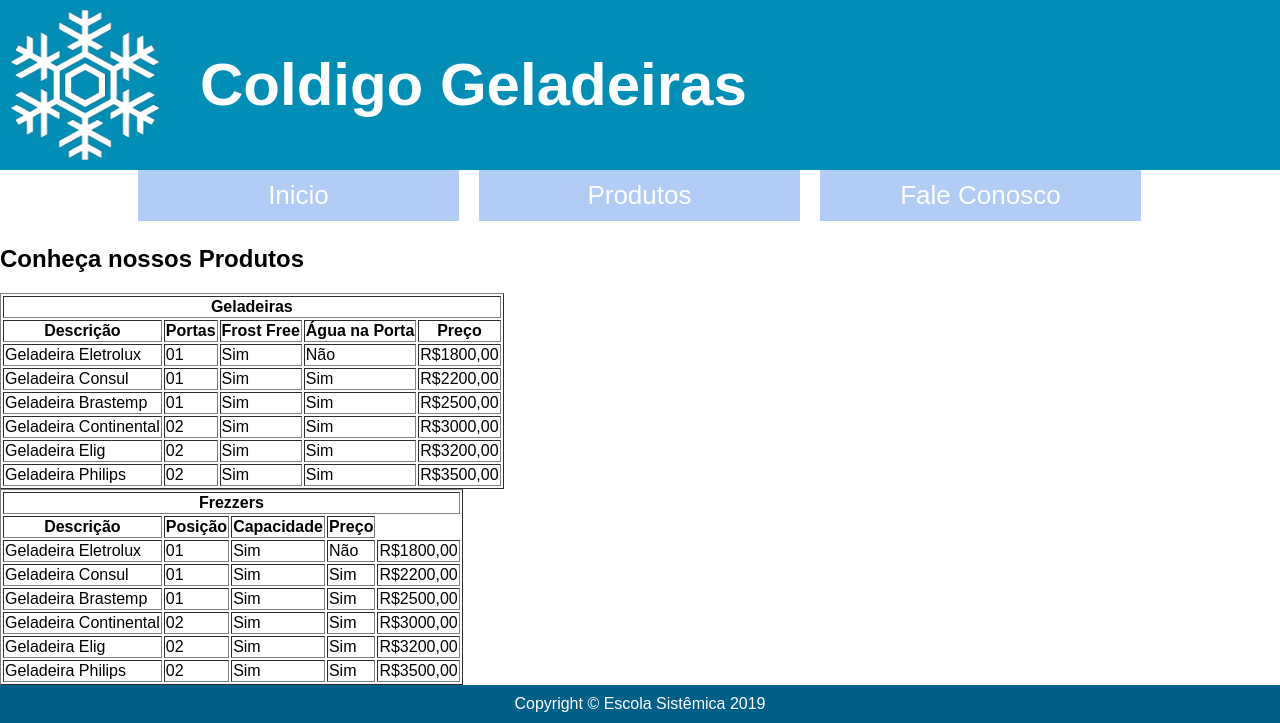
Repository: VandersonCani/Front-End
Page: ProjetoTrilhaWeb/src/main/webapp/WEB-INF/pages/site/produtos.html
The author's editor kept a copy of each file at every save. The page is drawn from the files as they stood at one save, then again after the next save.
The browser window is 1280 px wide. The pictures show the whole page.

Above is the page before, as saved 2024-05-08 00:33:20.

### ProjetoTrilhaWeb/src/main/webapp/WEB-INF/pages/site/produtos.html
<!DOCTYPE html>
<html lang="pt-br">
<head>

<meta charset="UTF-8">
<meta name= "description" content= "Site da Coldigo Geladeiras">
<meta name= "keywords" content= "Geladeiras, Frost-free, Refrigeração">
<meta name= "author" content= "Escola Sistêmica">
<meta name= "viewport" content= "width=device-width, initial-scale=1.0">
<title>Coldigo Geladeiras</title>
<link rel="stylesheet" type="text/css" href="../../css/site.css">
</head>
<body>
	<header>
	<img src="../../imgs/logo.png" alt="Logo da Coldigo Geladeiras">
	<h1>Coldigo Geladeiras</h1>
	</header>
	<nav>
	<a href="../../index.html"><div class= "opcao">Inicio</div></a>
	<a href="../../pages/site/produtos.html"><div class= "opcao">Produtos</div></a>
	<a href="../../pages/site/faleconosco.html"><div class= "opcao">Fale Conosco</div></a>
	</nav>
	<section>
		<h2>Conheça nossos Produtos</h2>
		<table border= 1>
			<thead>
				<tr>
					<th colspan="5"> Geladeiras</th>
				</tr>
				<tr>
					<th>Descrição</th>
					<th>Portas</th>
					<th>Frost Free</th>
					<th>Água na Porta</th>
					<th>Preço</th>
				</tr>
			</thead>
			<tbody>
				<tr>
					<td>Geladeira Eletrolux</td>
					<td>01</td>
					<td>Sim</td>
					<td>Não</td>
					<td>R$1800,00</td>
				</tr>
				<tr>
					<td>Geladeira Consul</td>
					<td>01</td>
					<td>Sim</td>
					<td>Sim</td>
					<td>R$2200,00</td>
				</tr>
				<tr>
					<td>Geladeira Brastemp</td>
					<td>01</td>
					<td>Sim</td>
					<td>Sim</td>
					<td>R$2500,00</td>
				</tr>
				<tr>
					<td>Geladeira Continental</td>
					<td>02</td>
					<td>Sim</td>
					<td>Sim</td>
					<td>R$3000,00</td>
				</tr>
				<tr>
					<td>Geladeira Elig</td>
					<td>02</td>
					<td>Sim</td>
					<td>Sim</td>
					<td>R$3200,00</td>
				</tr>
				<tr>
					<td>Geladeira Philips</td>
					<td>02</td>
					<td>Sim</td>
					<td>Sim</td>
					<td>R$3500,00</td>
				</tr>
			</tbody>
		</table>
		<table border= 1>
			<thead>
				<tr>
					<th colspan="5"> Frezzers</th>
				</tr>
				<tr>
					<th>Descrição</th>
					<th>Posição</th>
					<th>Capacidade</th>
					<th>Preço</th>
				</tr>
			</thead>
			<tbody>
				<tr>
					<td>Geladeira Eletrolux</td>
					<td>01</td>
					<td>Sim</td>
					<td>Não</td>
					<td>R$1800,00</td>
				</tr>
				<tr>
					<td>Geladeira Consul</td>
					<td>01</td>
					<td>Sim</td>
					<td>Sim</td>
					<td>R$2200,00</td>
				</tr>
				<tr>
					<td>Geladeira Brastemp</td>
					<td>01</td>
					<td>Sim</td>
					<td>Sim</td>
					<td>R$2500,00</td>
				</tr>
				<tr>
					<td>Geladeira Continental</td>
					<td>02</td>
					<td>Sim</td>
					<td>Sim</td>
					<td>R$3000,00</td>
				</tr>
				<tr>
					<td>Geladeira Elig</td>
					<td>02</td>
					<td>Sim</td>
					<td>Sim</td>
					<td>R$3200,00</td>
				</tr>
				<tr>
					<td>Geladeira Philips</td>
					<td>02</td>
					<td>Sim</td>
					<td>Sim</td>
					<td>R$3500,00</td>
				</tr>
			</tbody>
		</table>
	</section>
	<footer>Copyright &copy; Escola Sistêmica 2019</footer>
</body>
</html>

### ProjetoTrilhaWeb/src/main/webapp/WEB-INF/css/site.css
@charset "UTF-8";
/*configuração geral do corpo da página*/

body{
	margin: 0 auto;
	font-family:"Century Gothic", sans-serif;
}

/****************************** Configurações Gerais ***************************************/
/*cabeçalho*/
header{
	height: 170px;
	background-color: #008eb6;
}
header img{
	float: left;
	height: 150px;
	width: 150px;
	margin: 10px;
}
header h1{
	float: left;
	margin: 50px 0 0 30px;
	font-size: 60px;
	color: #ffffff;
}
/* Menu */
nav{
	clear: both;
	width: 80%;
	margin: 0px auto;
	height: 55px;
}
nav a{
	color: white;
	text-decoration: none;
	text-align: center;
}
nav .opcao{
	float: left;
	width: 31.3%;
	background-color: #b1ccf5;
	padding:10px 0;
	margin: 0 1%;
	font-size: 26px;
}
nav .opcao:hover{
	background-color:#83afd3;
}

/*Área geral para conteúdos específicos de cada página*/
section{
	clear:both;
	min-height:360px;
	width: 100%;
	margin-top: 0px;
}
footer{
	background-color:#005f89;
	color:#fff;
	text-align:center;
	padding:10px;
}

After the next save:
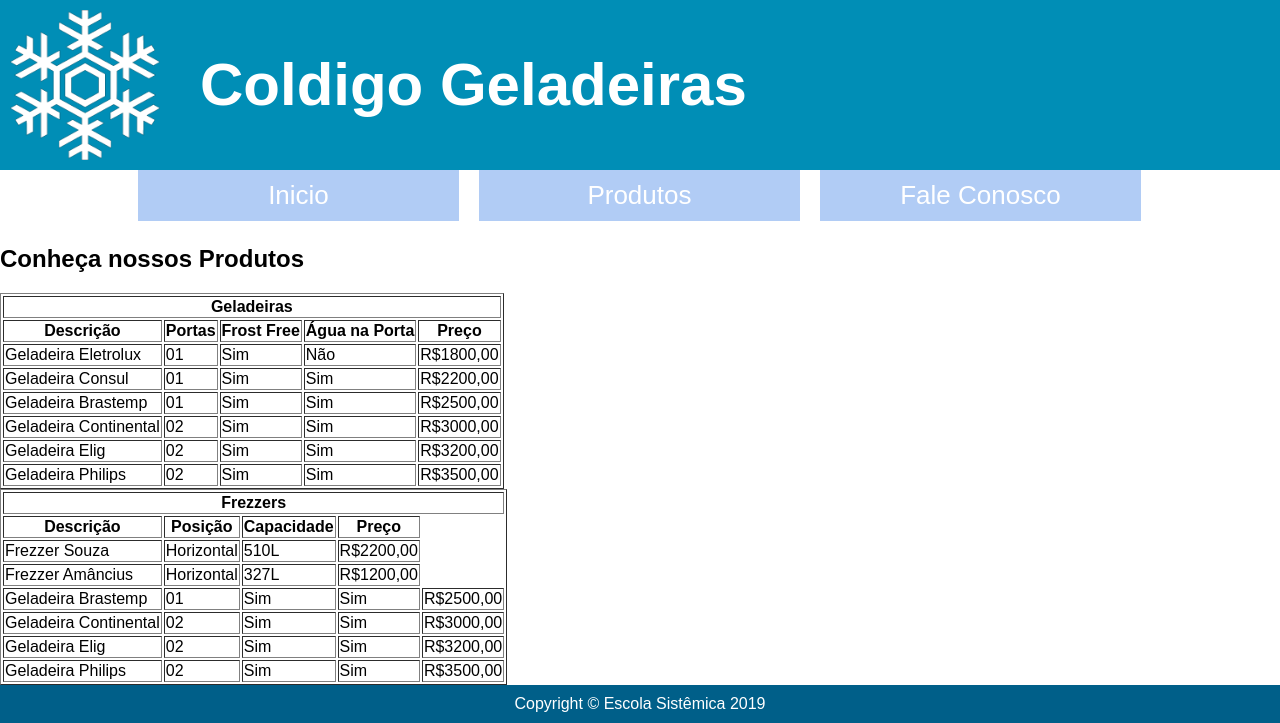
Saved 78 s later.
--- a/ProjetoTrilhaWeb/src/main/webapp/WEB-INF/pages/site/produtos.html
+++ b/ProjetoTrilhaWeb/src/main/webapp/WEB-INF/pages/site/produtos.html
@@ -94,18 +94,16 @@
 			</thead>
 			<tbody>
 				<tr>
-					<td>Geladeira Eletrolux</td>
-					<td>01</td>
-					<td>Sim</td>
-					<td>Não</td>
-					<td>R$1800,00</td>
+					<td>Frezzer Souza</td>
+					<td>Horizontal</td>
+					<td>510L</td>
+					<td>R$2200,00</td>
 				</tr>
 				<tr>
-					<td>Geladeira Consul</td>
-					<td>01</td>
-					<td>Sim</td>
-					<td>Sim</td>
-					<td>R$2200,00</td>
+					<td>Frezzer Amâncius</td>
+					<td>Horizontal</td>
+					<td>327L</td>
+					<td>R$1200,00</td>
 				</tr>
 				<tr>
 					<td>Geladeira Brastemp</td>
